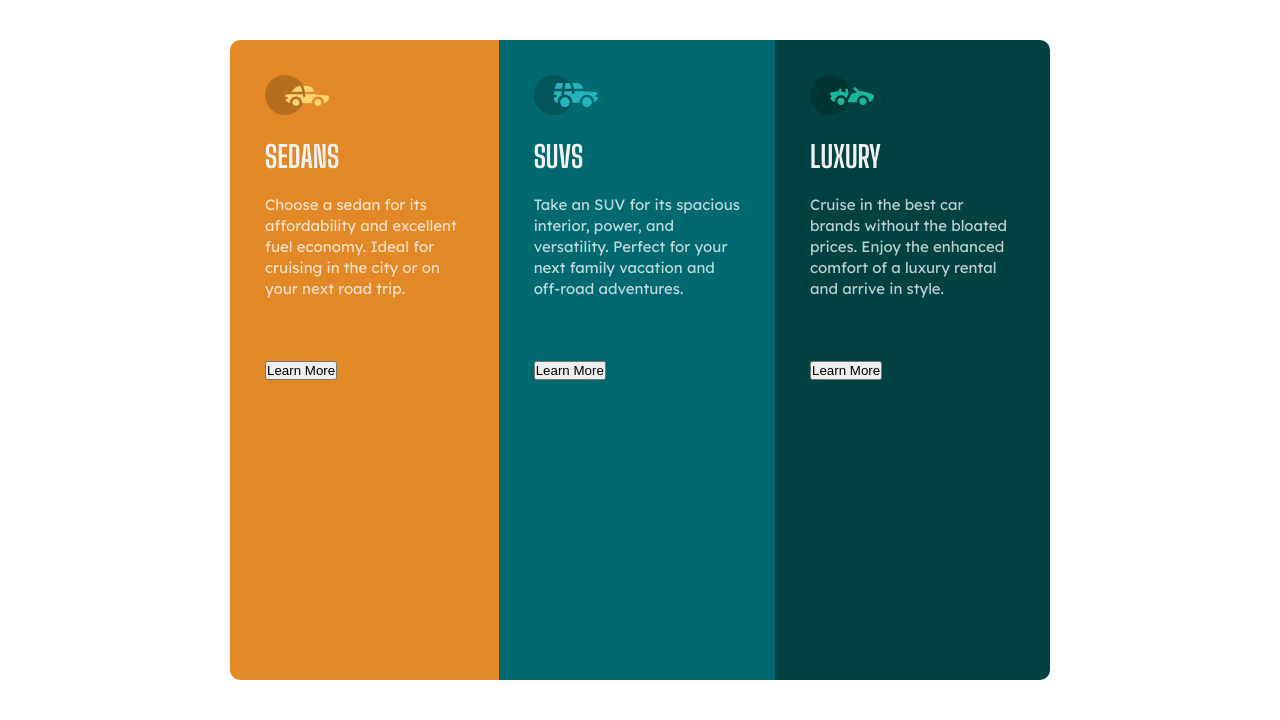
Repository: thaibaocoder1/3-column-card
Page: index.html
An editor plug-in stored every save of this project. The page is shown before and after the next save, followed by the edit.
The browser window is 1280 px wide. The pictures show the whole page.

Above is the page before, as saved 2023-01-11 21:02:08.

### index.html
<!DOCTYPE html>
<html lang="en">
<head>
  <meta charset="UTF-8">
  <meta name="viewport" content="width=device-width, initial-scale=1.0">
  <link rel="icon" type="image/png" sizes="32x32" href="./images/favicon-32x32.png">
  <title>Frontend Mentor | 3-column preview card component</title>
  <link rel="preconnect" href="https://fonts.googleapis.com">
  <link rel="preconnect" href="https://fonts.gstatic.com" crossorigin>
  <link href="https://fonts.googleapis.com/css2?family=Big+Shoulders+Display:wght@700&family=Lexend+Deca&display=swap" rel="stylesheet">
  <link rel="stylesheet" href="./styles.css">
</head>
<body>

  <main class="container">
    <div class="container__box container__box--one">
      <img src="./images/icon-sedans.svg" alt="" class="container--image">
      <h1 class="container--heading">Sedans</h1>
      <p class="container--content">
        Choose a sedan for its affordability and excellent fuel economy. Ideal for cruising in the city
        or on your next road trip.
      </p>
      <button class="container--btn">Learn More</button>
    </div>

    <div class="container__box container__box--two">
      <img src="./images/icon-suvs.svg" alt="" class="container--image">
      <h1 class="container--heading">Suvs</h1>
      <p class="container--content">
        Take an SUV for its spacious interior, power, and versatility. Perfect for your next family vacation
        and off-road adventures.
      </p>
      <button class="container--btn">Learn More</button>
    </div>

    <div class="container__box container__box--three">
      <img src="./images/icon-luxury.svg" alt="" class="container--image">
      <h1 class="container--heading">Luxury</h1>
      <p class="container--content">
        Cruise in the best car brands without the bloated prices. Enjoy the enhanced comfort of a luxury
        rental and arrive in style.
      </p>
      <button class="container--btn">Learn More</button>
    </div>
  </main>


</body>
</html>

### styles.css
* {
    margin: 0;
    padding: 0;
    box-sizing: border-box;
}
html {
    font-size: 62.5%;
}
body {
    text-rendering: optimizeLegibility;
    scroll-behavior: smooth;
    font-family: 'Big Shoulders Display', cursive;
    font-family: 'Lexend Deca', sans-serif;
    display: flex;
    align-items: center;
    justify-content: center;
    min-height: calc(100vh - 1px);
}
:root {
    --bright-orange: hsl(31, 77%, 52%);
    --dark-cyan: hsl(184, 100%, 22%);
    --very-dark-cyan: hsl(179, 100%, 13%);
    --white-p:  hsla(0, 0%, 100%, 0.75);
    --light-gray: hsl(0, 0%, 95%);
}
.container {
    max-width: 90rem;
    height: 100vh;
    padding: 4rem;
    margin: 0 auto;
    display: flex;
    align-items: stretch;
    justify-content: center;
}
.container .container__box--one {
    background-color: var(--bright-orange);
    border-radius: 1rem 0 0 1rem;
}
.container .container__box--two {
    background-color: var(--dark-cyan);
}
.container .container__box--three {
    background-color: var(--very-dark-cyan);
    border-radius: 0 1rem 1rem 0;
}
.container .container__box {
    padding: 3.5rem;
}
.container__box .container--heading {
    color: var(--light-gray);
    font-family: 'Big Shoulders Display', cursive;
    text-transform: uppercase;
    font-size: 3rem;
    margin: 2rem 0;
    font-weight: 500;
}
.container__box .container--content {
    color: var(--white-p);
    margin-bottom: 6.2rem;
    font-size: 1.5rem;
    line-height: 1.4;
}

After the next save:
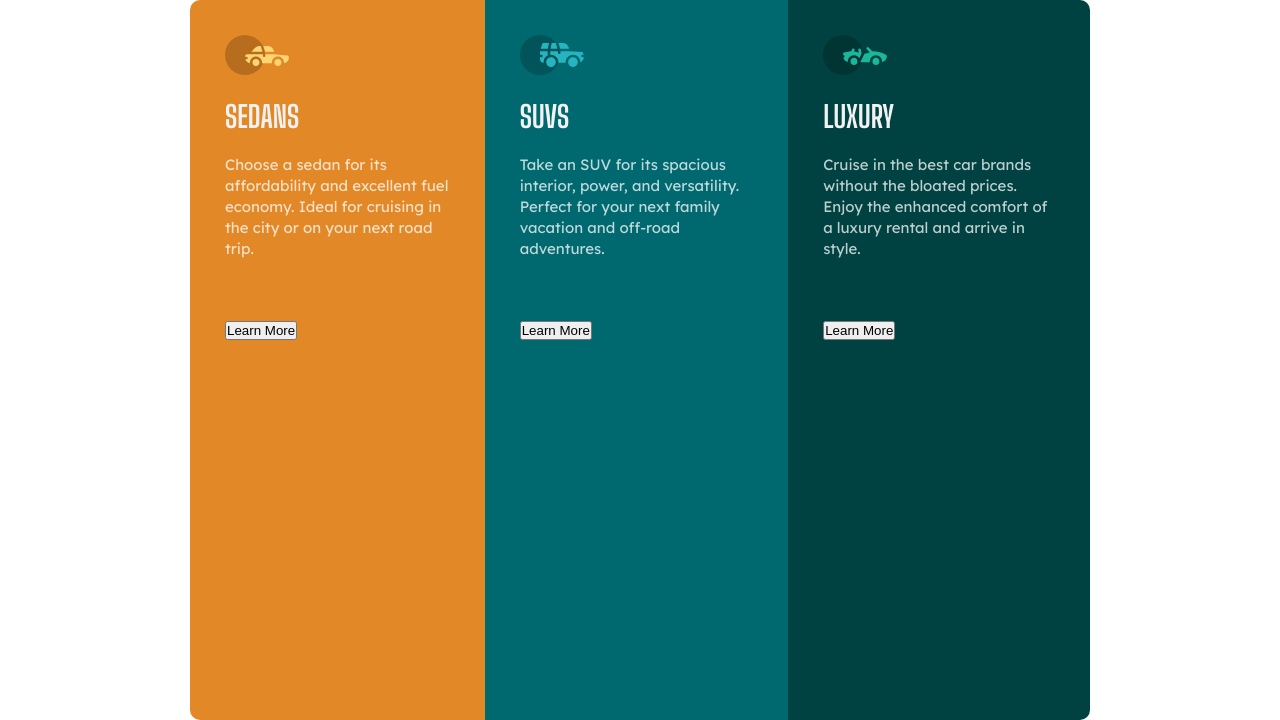
Saved 5 s later.
--- a/styles.css
+++ b/styles.css
@@ -26,7 +26,6 @@
 .container {
     max-width: 90rem;
     height: 100vh;
-    padding: 4rem;
     margin: 0 auto;
     display: flex;
     align-items: stretch;
